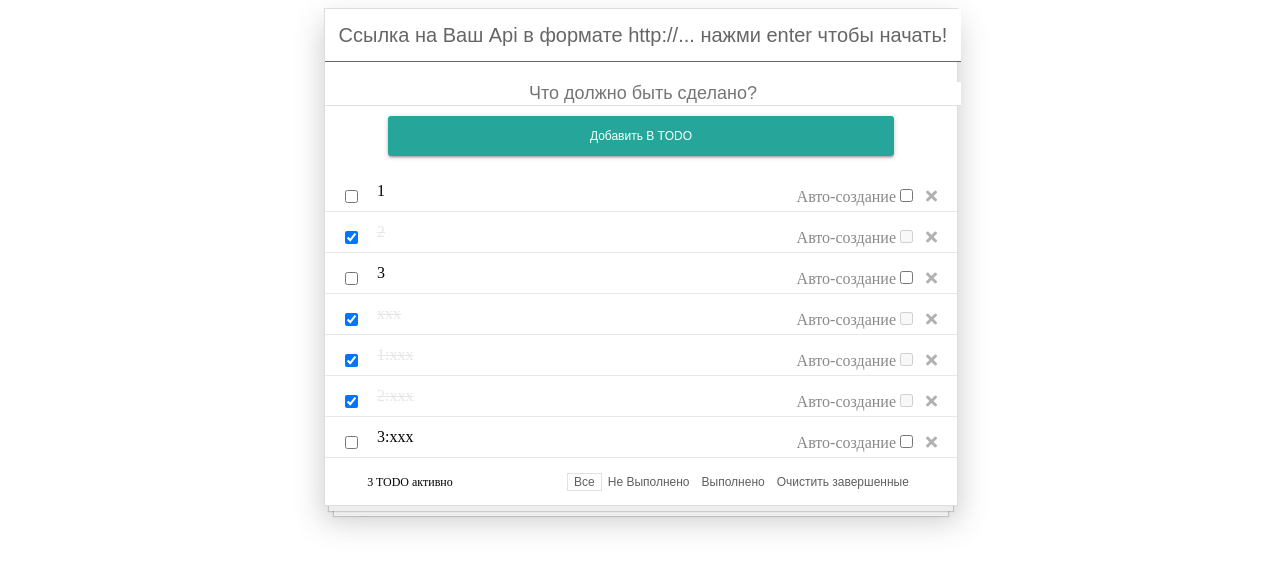
Repository: AntonBrock/taskTodo_for-backend
Page: /
An editor plug-in stored every save of this project. The page is shown before and after the next save, followed by the edit.
The browser window is 1280 px wide. The pictures show the whole page.
Some web libraries are served in a nearby version. The project was rebuilt for these pictures with package versions that can differ from the ones it lists, and the page was loaded fresh each time.

Above is the page before, as saved 2019-04-29 17:12:22.

### public/index.html
<!DOCTYPE html>
<html lang="en">
  <head>
    <meta charset="utf-8">
    <meta http-equiv="X-UA-Compatible" content="IE=edge">
    <meta name="viewport" content="width=device-width,initial-scale=1.0">
    <link rel="stylesheet" href="https://use.fontawesome.com/releases/v5.8.1/css/all.css" integrity="sha384-50oBUHEmvpQ+1lW4y57PTFmhCaXp0ML5d60M1M7uH2+nqUivzIebhndOJK28anvf" crossorigin="anonymous">
    <link rel="icon" href="<%= BASE_URL %>favicon.ico">
    <title>todolist-vue</title>
  </head>
  <body>
    <noscript>
      <strong>We're sorry but todolist-vue doesn't work properly without JavaScript enabled. Please enable it to continue.</strong>
    </noscript>
    <div id="app"></div>
    <!-- built files will be auto injected -->
  </body>
</html>

### src/main.js
import Vue from 'vue'
import store from './store/index'
import Vuex from 'vuex'
import App from './App.vue'

Vue.config.productionTip = false

Vue.use(Vuex)

new Vue({
  store,
  render: h => h(App),
}).$mount('#app')

### src/store/index.js
import Vue from 'vue'
import Vuex from 'vuex'
import urlForm from '../views/todolist/_store'

Vue.use(Vuex)

export default new Vuex.Store({
    modules: {
        urlForm
    }
})

### src/App.vue
<template lang="pug">
  #app
    Todolist
</template>

<script>
import Todolist from './views/todolist/Index.vue'

export default {
  name: 'app',
  components: {
    Todolist
  }
}
</script>

<style lang="stylus">
</style>

### src/views/todolist/_store/index.js
import state from "./state";
import * as getters from "./getters";
import * as mutations from "./mutations";
import * as actions from "./actions";

export default {
  namespaced: true,
  state,
  getters,
  mutations,
  actions
};

### src/views/todolist/Index.vue
<template lang="pug">
  .main-container(v-cloak)
    ApiForm
    div
      input.todo-input(type='text', placeholder='Что должно быть сделано?', v-model='firstTodo' @keyup.enter='newTodo')
      button.btn(v-on:click='addNewTodo') Добавить В TODO

      Todo(v-for='(todo, index) in todosFiltered', :key='todo.id', :todo="todo" :index='index')
      .extra-container
        .extra-container_numInList {{ remaining }} TODO активно
        div
          button(v-bind:class="{ active: filter == 'all' }", v-on:click=" filter = 'all'") Все
          button(v-bind:class="{ active: filter == 'active' }", v-on:click=" filter = 'active'") Не Выполнено
          button(v-bind:class="{ active: filter == 'completed' }", v-on:click=" filter = 'completed'") Выполнено
          button(@click='filterTodoList') Очистить завершенные
</template>

<script>
import ApiForm from "./_components/ApiForm.vue"
import Todo from "./_components/Todo.vue"
import { mapActions, mapGetters } from "vuex"
import todoApi from "./_api/todoApi.js"

export default {
  data () {
    return {
      id: 8,
      firstTodo: '',
      beforeEditCache: '',
      filter: 'all',
      error: false,
      a: ''
    }
  },
  mounted(){
    this.id = this.getTodos.length+1
    // Отправка при включении TODO + сразу отправка всех активных TODO
  if (this.getUrl.length > 3) {
    todoApi.getTodos('all')
    .then(response => {
      this.todos = response.data
      console.log(response);
    })
    .catch(error => {
      console.log(error);
      console.warn('Ошибка запроса при отправке всех TODO, скорее всего сервер не ответил!')
    })
  }
},
  created() {
    this.a = JSON.parse(localStorage.getItem('todos'))
    if('todos' in localStorage) {
      this.updateTodoList(this.a)
    }
  },
  computed: {
    ...mapGetters({
      getTodos: 'urlForm/getTodos',
      getUrl: 'urlForm/getUrl'
    }),
    remaining() {
      return this.getTodos.filter(todo => !todo.completed).length
    },
    updateId() {
      this.id = this.getTodos.length += 1
    },
    todosFiltered() {
      if (this.filter == 'all') {
        // Отправка при выборе фильтра "Все" (Активные)
      if (this.getUrl.length > 3 ) {
          todoApi.getTodos('all')
          .then(done => {
            console.log(done)
            console.log(this.getTodos);
          })
          .catch( error => {
            console.log(error)
            console.warn('Ошибка запроса, при выборе "Все", скорее всего сервер не ответил!')
            console.log(this.getTodos);
          })
      }
        // console.log(this.getTodos);
        return this.getTodos

      } else if (this.filter == 'active') {
        return this.getTodos.filter(todo => !todo.completed)
      } else if (this.filter == 'completed') {

      if (this.getUrl.length > 3) {
          todoApi.getTodos('completed')
          .then(done => {
            console.log(done)
          })
          .catch( error => {
            console.log(error)
            console.warn('Ошибка запроса, при выборе "Выполненые", скорее всего сервер не ответил!')
          })
      }

        console.log(this.getTodos);
          return this.getTodos.filter(todo => todo.completed)
      }
    }
  },
  methods: {
    ...mapActions({
      filterTodoList: 'urlForm/filterTodoList',
      updateTodoList: "urlForm/updateTodoList",
      pushTodoList: "urlForm/pushTodoList"
    }),
    addNewTodo() {
      let data = {
        id: this.id++,
        title: this.firstTodo,
        completed: false,
        autocreate: false,
      }

      if(this.firstTodo.trim().length == 0) {
        return
      }
      // отправка при добавлении нового TODO
      if (this.getUrl.length > 3) {
        todoApi.postTodo(data.title, data.completed, data.autocreate)
        .then(() => {
          console.log('ok');
          localStorage.setItem('todos', JSON.stringify(this.getTodos))
        })
        .catch(error => {
          console.warn('Ошибка запроса при добавлении нового TODO, скорее всего сервер не ответил!')
          localStorage.setItem('todos', JSON.stringify(this.getTodos)) //нужно ли добавлять в lS что-то если работает с APi?
        })
      }
      // this.getTodos.push(data)
      this.pushTodoList(data)
      localStorage.setItem('todos', JSON.stringify(this.getTodos))
      this.firstTodo = ''
    },
    // добавление по enter
    newTodo() {
      let data = {
        id: this.id++,
        title: this.firstTodo,
        completed: false,
        autocreate: false
      }
      if(this.firstTodo.trim().length == 0) {
        return
      }
      // отправка при добавлении нового TODO
      if (this.getUrl.length > 3) {
        todoApi.postTodo(data)
        .then(() => {
          console.log('ok');
          // this.getTodos.push(data)
          localStorage.setItem('todos', JSON.stringify(this.getTodos))
        })
        .catch(error => {
          console.warn('Ошибка запроса при добавлении нового TODO, скорее всего сервер не ответил!')
          localStorage.setItem('todos', JSON.stringify(this.getTodos))
        })
      }

      localStorage.setItem('todos', JSON.stringify(this.getTodos))
      this.getTodos.push(data) // добавили в todo ( но запросы не должны идти)
      this.firstTodo = ''
      this.idForTodo++
    },
  },
  components: {
    ApiForm,
    Todo
  }
}

</script>

<style lang="stylus">
  [v-cloak]
    display none

  .main-container
    border 1px solid #DDDDDD
    width 50%
    margin-left 25%
    box-shadow 0 10px 0 -5px #eee,
               0 10px 1px -4px rgba(0,0,0,0.15),
               0 20px 0 -10px rgb(238, 238, 238),
               0 20px 1px -9px rgba(0,0,0,0.15),
               0 14px 28px rgba(75, 75, 75, 0.30)

  .extra-container
    display flex
    align-items center
    justify-content space-around
    font-size 12px
    padding-top 5px
    margin-bottom 14px

  .extra-container_numInList
    margin-right 30px
    font-size 12px

  button
    font-size 12px
    background-color white
    appearance none
    border none
    outline none
    color rgb(95, 95, 95)
    &:hover
      background rgba(211, 211, 211, 0.363)
    &:focus
      outline none

  .active
    background #fff
    border 1px solid #E1E1E1

  .remove-item
    margin-right 20px

  .remove
    margin-left: 10px
    opacity .3
    transition all 0.2s ease-in-out !important
    &:hover
      opacity .9
      color#E11010
      transition all 0.2s ease-in-out !important

  .auto_created
    font-size 1rem
    color rgba(102, 102, 102, 0.767)

  .btn
    border-radius 3px
    margin-bottom 25px
    width 80%
    margin-left 10%
    height 40px
    color #fff
    background-color #26a69a
    text-align center
    letter-spacing .5px
      -webkit-transition background-color .2s ease-out
    transition background-color .2s ease-out
    cursor pointer
    box-shadow 0 2px 2px 0 rgba(0,0,0,.14),
               0 3px 1px -2px rgba(0,0,0,.12),
               0 1px 5px 0 rgba(0,0,0,.2)
    &:hover
      background-color #46b6abe3!important
</style>

### src/views/todolist/_store/state.js
export default {
    url: '',
    todos: [
      {
        'id': 1,
        'title': 1,
        'completed': false,
        'autocreate': false,
      },
      {
        'id': 2,
        'title': 2,
        'completed': true,
        'autocreate': false,
      },
      {
        'id': 3,
        'title': 3,
        'completed': false,
        'autocreate': false,
      },
      {
        'id': 4,
        'title': 'xxx',
        'completed': true,
        'autocreate': false,
      },
      {
        'id': 5,
        'title': '1:xxx',
        'completed': true,
        'autocreate': false,
      },
      {
        'id': 6,
        'title': '2:xxx',
        'completed': true,
        'autocreate': false,
      },
      {
        'id': 7,
        'title': '3:xxx',
        'completed': false,
        'autocreate': false,
      },
    ],
    todosStatic: [
    {
      'id': 1,
      'title': 1,
      'completed': false,
      'autocreate': false,
    },
    {
      'id': 2,
      'title': 2,
      'completed': true,
      'autocreate': false,
    },
    {
      'id': 3,
      'title': 3,
      'completed': false,
      'autocreate': false,
    },
    {
      'id': 4,
      'title': 'xxx',
      'completed': true,
      'autocreate': false,
    },
    {
      'id': 5,
      'title': '1:xxx',
      'completed': true,
      'autocreate': false,
    },
    {
      'id': 6,
      'title': '2:xxx',
      'completed': true,
      'autocreate': false,
    },
    {
      'id': 7,
      'title': '3:xxx',
      'completed': false,
      'autocreate': false,
    },
  ]
}

### src/views/todolist/_store/getters.js
export const getUrl= state => state.url;
export const getTodos = state => state.todos;
export const getStaticTodos = state => state.todosStatic;

### src/views/todolist/_store/mutations.js
export const UPDATE_URL = state => state.url;
export const UPDATE_TODOS = state => state.todos;
export const CHANGE_TODOS = state => state.todos;

### src/views/todolist/_store/actions.js
export function updateUrl ({ commit, state }, payload) {
    state.url = payload
    commit("UPDATE_URL");
}

export function updateTodo ({ commit }, payload) {
    payload.completed = !payload.completed
    commit("UPDATE_TODOS");
}

export function updateTodoList ({ commit, state }, payload) {
    state.todos = payload
    localStorage.setItem('todos', JSON.stringify(state.todos))
    commit("UPDATE_TODOS");
}

export function pushTodoList ({ commit, state }, payload) {
    state.todos.push(payload)
    localStorage.setItem('todos', JSON.stringify(state.todos))
    commit("UPDATE_TODOS");
}

export function filterTodoList ({ commit, state }) {
    state.todos = state.todos.filter(todo => !todo.completed)
    localStorage.setItem('todos', JSON.stringify(state.todos))
    commit("UPDATE_TODOS");
}

### src/views/todolist/_components/ApiForm.vue
<template lang="pug">
  .form(v-cloak='')
    input.inputForUrl(v-model='url',
                      type='text',
                      @blur='updateTodos(url)',
                      @keyup.enter='updateTodos_enter(url)'
                      placeholder="Ссылка на Ваш Api в формате http://... нажми enter чтобы начать!"
                      :url = "url")
</template>

<script>
import { mapActions, mapGetters } from "vuex";
import todoApi from "../_api/todoApi.js";
import { setTimeout, setInterval, clearInterval } from 'timers';

export default {
  data() {
    return {
      url: "",
      filter: 'all',
      a: '',
      setTime:''
    }
  },
  created(){
    this.a = JSON.parse(localStorage.getItem('todos'))
  },
  computed: {
    ...mapGetters({
      getUrl: "urlForm/getUrl",
      getTodos: 'urlForm/getTodos',
      getStaticTodos: 'urlForm/getStaticTodos'
    })
  },
  methods: {
    ...mapActions({
      updateUrl: "urlForm/updateUrl",
      updateTodoList: "urlForm/updateTodoList"
    }),
    updateTodos(url) {
    //получение всех todo при обновлении url ссылки
    this.updateUrl(url)
    if(this.url.length > 3 ){
        this.updateTodoList([])
        // todoApi.getTodos(this.filter)
        // .then(response => {
        //   this.updateTodoList(response.data)
        //   console.log(response);
        // })
        // .catch(error => {
        //   console.log(error)
        //   console.warn('Ошибка запроса при отправки всех TODO, скорее всего сервер не ответил')
        // });
    // console.warn('Был установлен ваш Url')
    }

    if(this.url.length <= 3 ) {
        this.updateTodoList(this.getStaticTodos)
        this.id = 8
        // clearInterval(this.setTime)
        console.warn('Сcылка должна быть от 4х символов и нажмите enter, чтобы начать!')
    }
  },
    updateTodos_enter(url) {
    //получение всех todo при обновлении url ссылки(по enter)
    this.updateUrl(url)
    if(this.url.length > 3 ){

        this.updateTodoList([])
        this.setTime = setInterval(() => {

        todoApi.getTodos(this.filter)
        .then(response => {
          this.updateTodoList(response.data)
          console.log(response);
        })
        .catch(error => {
          console.log(error)
          console.warn('Ошибка запроса при отправки всех TODO, скорее всего сервер не ответил')
        });
        }, 5000)
    console.warn('Был установлен ваш Url')
    }

    if(this.url.length <= 3 ) {
        this.updateTodoList(this.getStaticTodos)
        this.id = 8
        clearInterval(this.setTime)
        console.warn('Сcылка должна быть от 4х символов и нажмите enter, чтобы начать!')
    }
  }
  }
};

</script>

<style lang="stylus">
.inputForUrl
  border-bottom 1px solid #666!important
  margin-bottom 20px
  text-align center
  border none
  width 100%
  height 50px
  font-size 20px
  &::placeholder
    color #666
    font-size 20px
    opacity 1
    transition: 0.2s ease-in-out !important;
		will-change: transform, opacity;

  &:focus::placeholder{
    opacity 0
    transition: 0.2s ease-in-out !important;
		will-change: transform, opacity;
  }
</style>

### src/views/todolist/_components/Todo.vue
<template lang="pug">
  .todo-item
    .todo-item-left
      input.todoInput(type='checkbox', @click='completeTodo(todo)', :checked='todo.completed')
      .todo-item-label(v-if='!todo.editing', v-bind:class='{ completed : todo.completed }') {{ todo.title }}
    .remove-item
      label.auto_created Авто-создание
      input(type='checkbox', :disabled="todo.completed", :checked="todo.autocreate" @click='checkIt(todo)')
      i.fas.fa-times.remove(@click='removeItem(index)')
</template>

<script>
import todoApi from "../_api/todoApi.js";
import { mapActions, mapGetters } from "vuex";
import { setInterval, clearInterval } from "timers";

export default {
  data() {
    return {};
  },
  props: ["todo", "index", "url"],
  created() {
    localStorage.setItem("todos", JSON.stringify(this.getTodos));
  },
  computed: {
    ...mapGetters({
      getTodos: "urlForm/getTodos",
      getUrl: "urlForm/getUrl"
    })
  },
  methods: {
    ...mapActions({
      updateTodo: "urlForm/updateTodo"
    }),
    completeTodo(todo) {
      // Отправка при выборе фильтра "Выполнено"
      if (this.getUrl.length > 3) {
        todoApi
          .editTodo(todo.id)
          .then(() => {
            console.info("Удачно");
          })
          .catch(() => {
            console.warn("Ошибка запроса при зачеркивание TODO, скорее всего сервер не ответил!");
          });
      }

      this.updateTodo(todo);
      localStorage.setItem("todos", JSON.stringify(this.getTodos));
    },
    checkIt(todo) {
      todo.autocreate = !todo.autocreate;

      if (this.getUrl.length > 3) {
        todoApi
          .editTodo(this.todo.id)
          .then(() => {
            console.info("Удачно");
          })
          .catch(() => {
            console.log(this.getTodos);
            console.warn("Ошибка запроса при выборе 'Авто-создание', скорее всего сервер не ответил");
          });
      }
      localStorage.setItem("todos", JSON.stringify(this.getTodos));
    },
    removeItem(index) {
      // отправка удаленного id - todo
      if (this.getUrl.length > 3) {
        todoApi
          .deleteTodo(index)
          .then(() => {
            console.info("Удачно");
          })
          .catch(error => {
            console.warn(error);
            console.warn('Ошибка запроса при удалении TODO, скорее всего сервер не ответил!')
          });
      }
      this.getTodos.splice(index, 1);
      localStorage.setItem("todos", JSON.stringify(this.getTodos));
    }
  }
};
</script>

<style lang="stylus">
.todo-input {
  width: 100%;
  border: none;
  margin-bottom: 10px;
  border-bottom: 1px solid rgba(102, 102, 102, 0.192);
  font-size: 18px;
  transition: 0.2s ease-in-out !important;
  text-align: center;
  outline: none;

  &:placeholder {
    color: rgba(145, 145, 145, 0.795);
    opacity: 1;
    transition: 0.2s ease-in-out !important;
  }

  will-change: transform, opacity;

  &:focus::placeholder {
    opacity: 0;
    transition: 0.2s ease-in-out !important;
  }

  will-change: transform, opacity;

  &:focus-webkit-input-placeholder {
    opacity: 0;
    transition: 0.2s ease-in-out !important;
    will-change: transform, opacity;
  }

  &:-webkit-input-placeholder {
    transition: 0.2s ease-in-out !important;
    will-change: transform, opacity;
  }

  &:-moz-placeholder {
    transition: all 0.2s ease-in-out !important;
    will-change: opacity;
    /* Firefox 19+ */
  }

  &:-moz-placeholder {
    transition: all 0.2s ease-in-out !important;
    will-change: transform, opacity;
    /* Firefox 18- */
  }

  &:-ms-input-placeholder {
    transition: all 0.2s ease-in-out !important;
    will-change: transform, opacity;
  }
}

.todo-item {
  width: 100%;
  margin-bottom: 10px;
  display: flex;
  justify-content: space-between;
  align-items: center;
  border-bottom: 1px solid rgba(226, 226, 226, 0.767);
}

.todoInput {
  margin-left: 20px;
}

.todo-item-label {
  margin-bottom: 10px;
}

.todo-item-left {
  display: flex;
  align-items: center;
}

.todo-item-label {
  padding: 0px;
  border: 1px solid white;
  margin-left: 15px;
}

.todo-item-edit {
  width: 50%;
  border: 1px solid rgba(102, 102, 102, 0.192);
  font-size: 18px;
  padding: 10px 18px;
  margin-bottom: 20px;
  transition: 0.2s ease-in-out !important;

  &:focus {
    outline: none;
  }

  &:focus-webkit-input-placeholder {
    opacity: 0;
    transition: 0.2s ease-in-out !important;
    will-change: transform, opacity;
  }

  &:-webkit-input-placeholder {
    transition: 0.2s ease-in-out !important;
    will-change: transform, opacity;
  }

  &:-moz-placeholder {
    transition: all 0.2s ease-in-out !important;
    will-change: transform, opacity;
    /* Firefox 19+ */
  }

  &:-moz-placeholder {
    transition: all 0.2s ease-in-out !important;
    will-change: transform, opacity;
    /* Firefox 18- */
  }

  &:-ms-input-placeholder {
    transition: all 0.2s ease-in-out !important;
    will-change: transform, opacity;
  }
}

.completed {
  text-decoration: line-through;
  color: #E1E1E1;
  opacity: 0.8;
}
</style>

### src/views/todolist/_api/todoApi.js
// import Api from '@/api/Api'
import axios from 'axios'
import state from '../_store/state'

const todoApi = {
  getTodos (filter) {
    return axios.get(`${state.url}/todos`, {
      // возвращает отфильтрованный или неотфильтрованный список
      type: filter
    })
  },
  postTodo (title, completed, autocreate) {
    return axios.post(`${state.url}/todos`, {
      title: title,
      completed: completed,
      autocreate: autocreate
    })
  },
  editTodo (id) {
    return axios.patch(`${state.url}/todos/${id}`)
  },
  deleteTodo (id) {
    return axios.delete(`${state.url}/todos/${id}`)
  }
}
export default todoApi

After the next save:
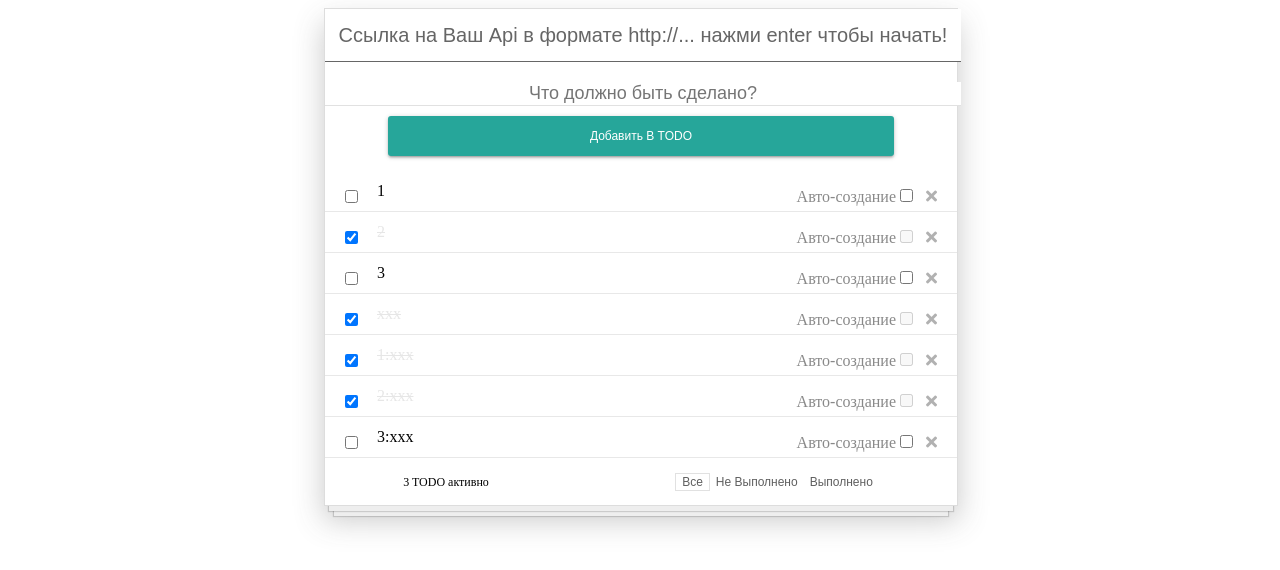
Saved 18 min 13 s later.
--- a/src/views/todolist/Index.vue
+++ b/src/views/todolist/Index.vue
@@ -12,7 +12,7 @@
           button(v-bind:class="{ active: filter == 'all' }", v-on:click=" filter = 'all'") Все
           button(v-bind:class="{ active: filter == 'active' }", v-on:click=" filter = 'active'") Не Выполнено
           button(v-bind:class="{ active: filter == 'completed' }", v-on:click=" filter = 'completed'") Выполнено
-          button(@click='filterTodoList') Очистить завершенные
+          //- button(@click='filterTodoList') Очистить завершенные
 </template>
 
 <script>
@@ -104,7 +104,7 @@ export default {
   },
   methods: {
     ...mapActions({
-      filterTodoList: 'urlForm/filterTodoList',
+      // filterTodoList: 'urlForm/filterTodoList',
       updateTodoList: "urlForm/updateTodoList",
       pushTodoList: "urlForm/pushTodoList"
     }),
